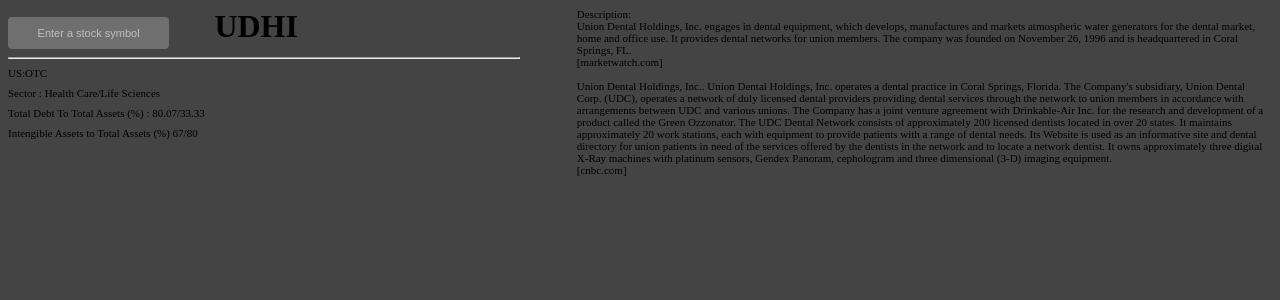
Repository: hadi4172/halal-stock-scanner
Page: popup.html
These files come from the project's save history. The page is drawn as it stood at one moment and after the next save; the edit follows.
The browser window is 1280 px wide. The pictures show the whole page.

Above is the page before, as saved 2020-09-24 19:32:10.

After the next save:
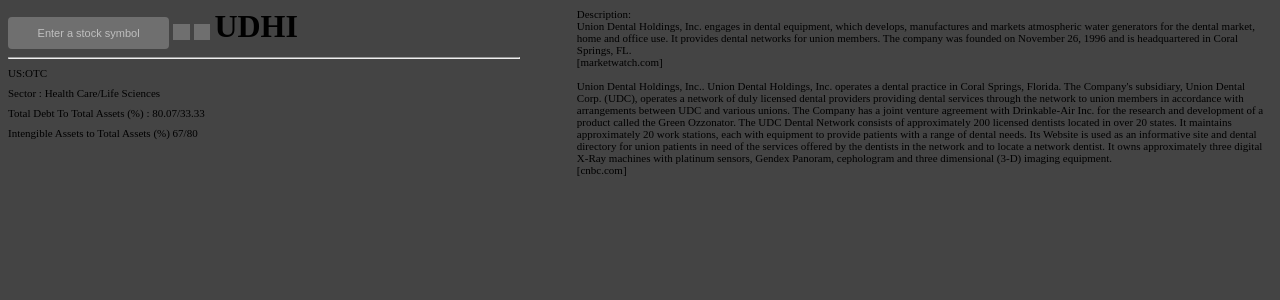
Saved 27 s later.
--- a/popup.html
+++ b/popup.html
@@ -14,8 +14,8 @@
 <body class=dark-background>
     <div id=left>
         <input id=input class=dark-input type=text maxlength=5 placeholder="Enter a stock symbol" />
-        <i id=search-btn class="fa fa-search fa-lg"></i>
-        <i id=settings-btn class="fa fa-cog fa-lg"></i>
+        <i id=search-btn class="fa fa-search fa-lg dark-icon"></i>
+        <i id=settings-btn class="fa fa-cog fa-lg dark-icon"></i>
         <span id=symbol>UDHI</span>
         <i id=icon-is-correct-or-no class="fa fa-exclamation-triangle fa-2x"></i>
         <div style="width:90%">

After the save that followed:
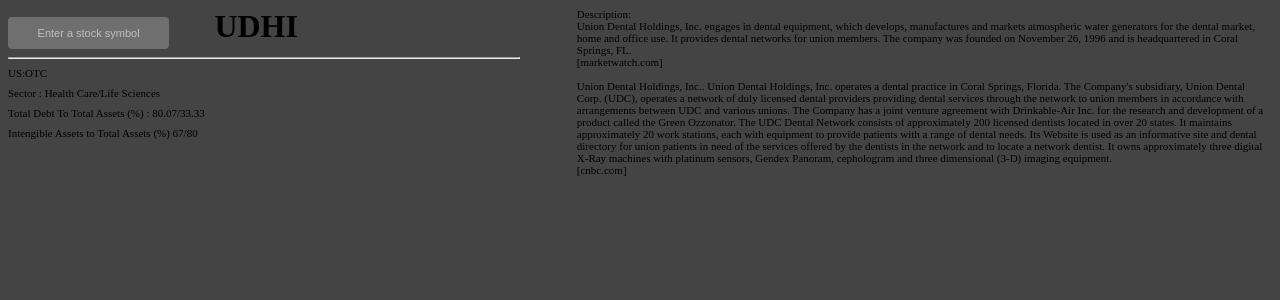
Saved 37 s later.
--- a/popup.css
+++ b/popup.css
@@ -54,9 +54,12 @@
     background-color: rgb(68,68,68);
 }
 
-.dark-input, .dark-icon{
+.dark-input{
     background: rgb(111,111,111);
+}
 
+.dark-icon{
+    color:rgb(111,111,111);
 }
 
 #icon-is-correct-or-no{
